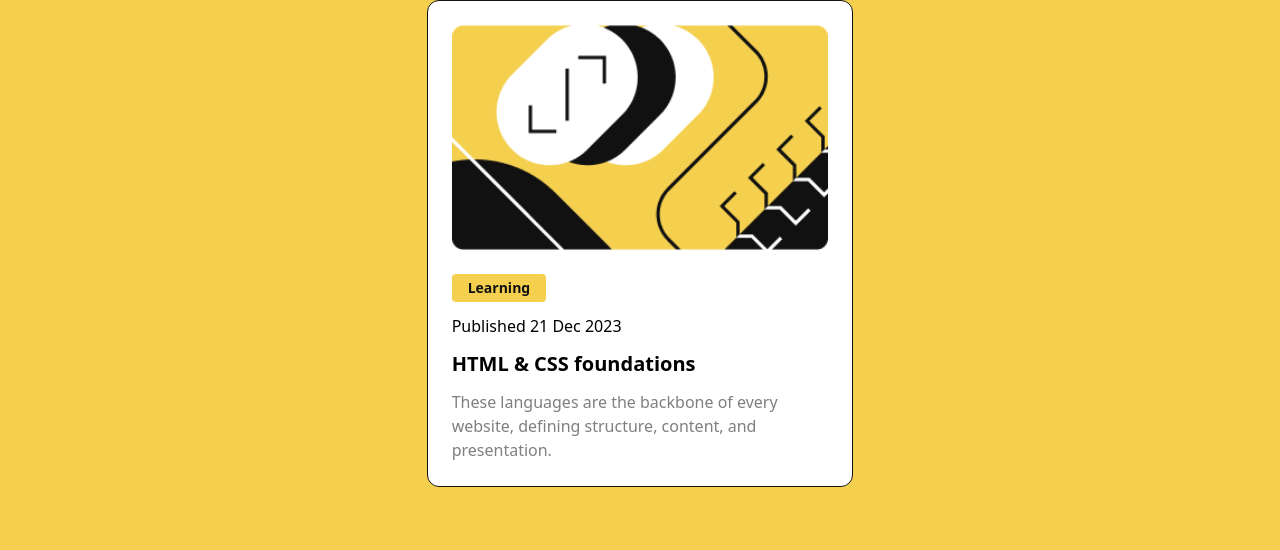
Repository: orcunelektirikci/fe-mentor-blogprev
Page: index.html
These files come from the project's save history. The page is drawn as it stood at one moment and after a run of saves; the edit follows.
The browser window is 1280 px wide. The pictures show the whole page.
Some web libraries are served in a nearby version.

Above is the page before, as saved 2024-04-12 16:55:23.

After the next 2 saves:
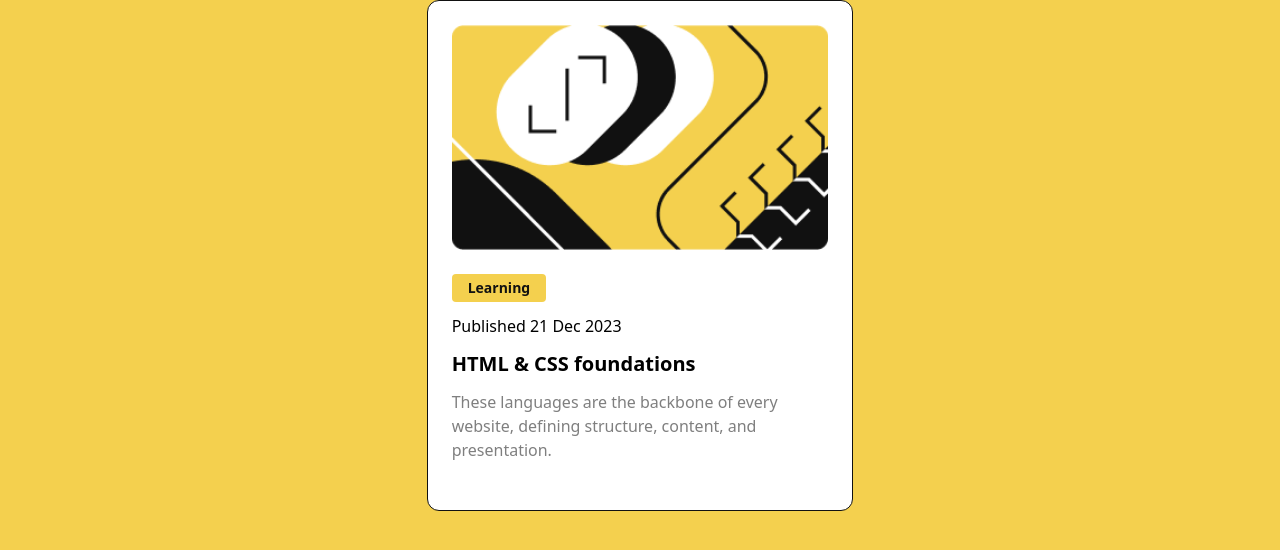
The 2 saves are shown as one change because they came seconds apart.
The last was saved 16 s later.
--- a/index.html
+++ b/index.html
@@ -19,6 +19,8 @@
             <p class="text-grey">These languages are the backbone of every website, defining structure, content, and presentation.</p>
         </div>
 
+        <div></div>
+
     </div>
 
     <script src="/assets/js/main.js"></script>
